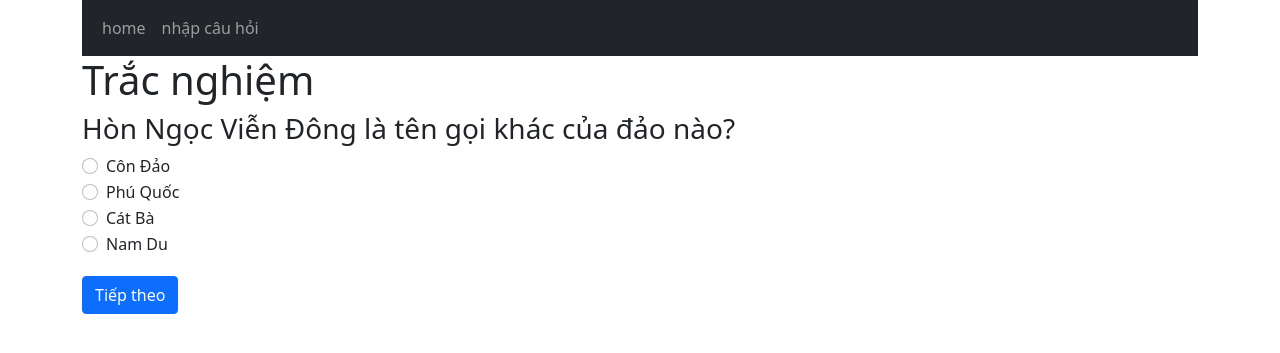
Repository: tran-thien-nhan/quiz_tlln
Page: index.html
An editor plug-in stored every save of this project. The page is shown before and after the next save, followed by the edit.
The browser window is 1280 px wide. The pictures show the whole page.

Above is the page before, as saved 2023-06-25 10:59:11.

After the next save:
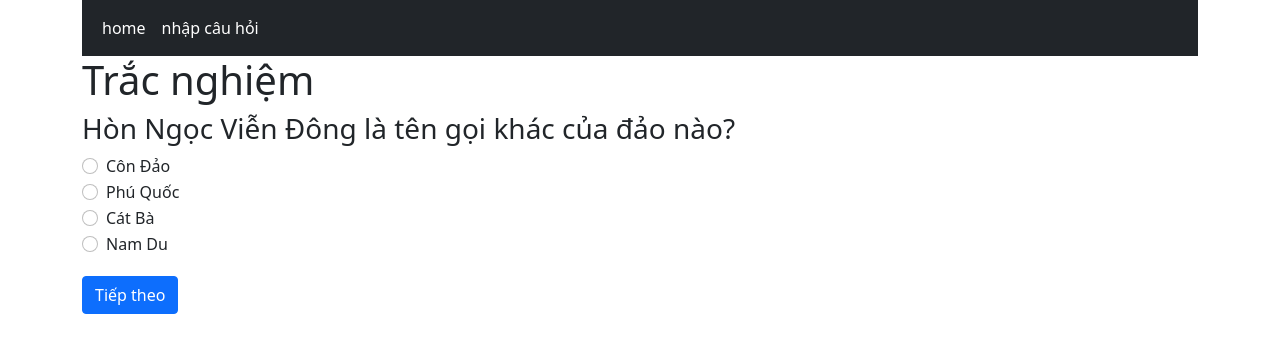
Saved 16 s later.
--- a/index.html
+++ b/index.html
@@ -20,10 +20,10 @@
                 <!-- Links -->
                 <ul class="navbar-nav">
                     <li class="nav-item">
-                        <a class="nav-link" href="index.html">home</a>
+                        <a class="nav-link text-white" href="index.html">home</a>
                     </li>
                     <li class="nav-item">
-                        <a class="nav-link" href="nhap_cau_hoi.html">nhập câu hỏi</a>
+                        <a class="nav-link text-white" href="nhap_cau_hoi.html">nhập câu hỏi</a>
                     </li>
                 </ul>
             </div>
